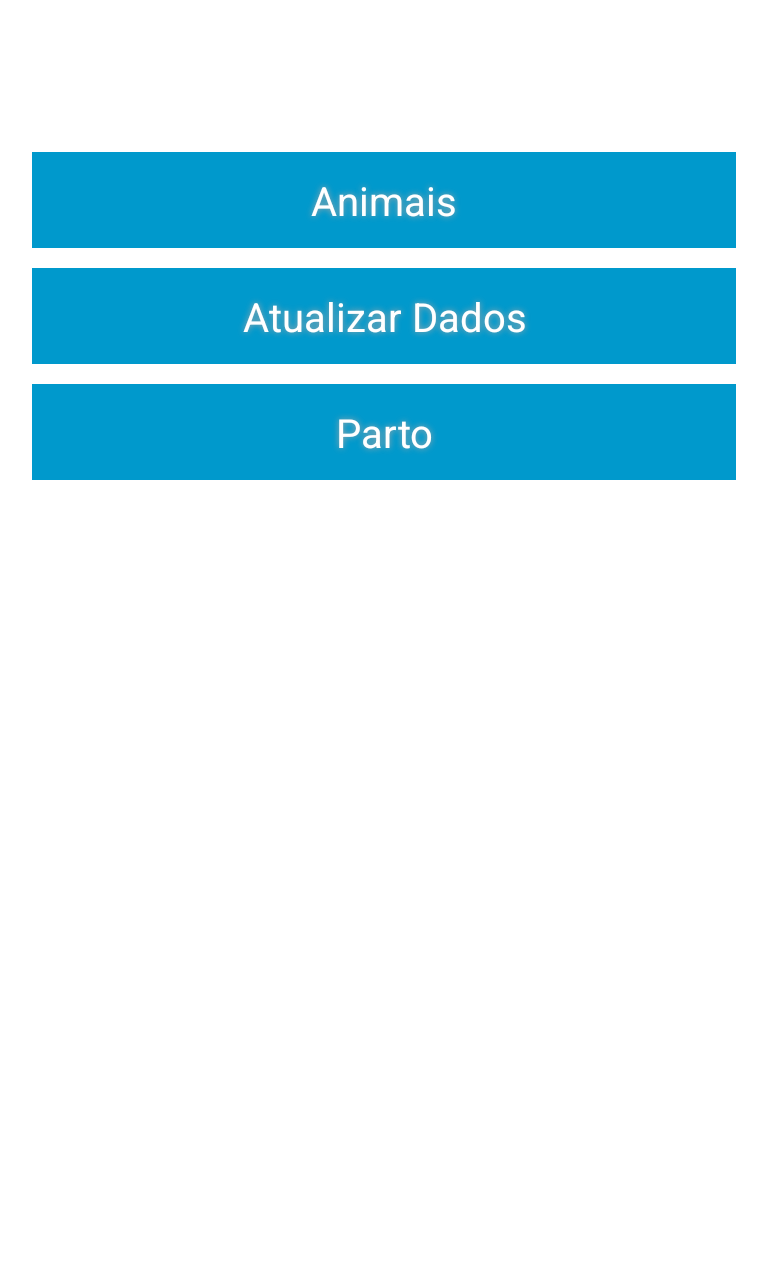
Repository: vpamaral/TaurusMobile
Layout: TaurusMobile/res/layout/activity_main.xml
The author's editor kept a copy of each file at every save. The layout is drawn from the files as they stood at one save, then again after the next save.
It is drawn on a 768 x 1280 px phone screen (xhdpi) without system bars, with theme AppTheme; the app's code is not run.

Above is the layout before, as saved 2015-05-15 16:24:33.

### TaurusMobile/res/layout/activity_main.xml
<LinearLayout xmlns:android="http://schemas.android.com/apk/res/android"
    xmlns:tools="http://schemas.android.com/tools"
    android:layout_width="match_parent"
    android:layout_height="match_parent"
    android:orientation="vertical"
    android:paddingBottom="@dimen/activity_vertical_margin"
    android:paddingLeft="@dimen/activity_horizontal_margin"
    android:paddingRight="@dimen/activity_horizontal_margin"
    android:paddingTop="@dimen/activity_vertical_margin"
    tools:context="br.com.taurusmobile.ui.MainActivity" >

    <LinearLayout
        android:id="@+id/linearLayout1"
        android:layout_width="fill_parent"
        android:layout_height="wrap_content" >

        <Button
            android:id="@+id/btn_animal"
            android:layout_width="match_parent"
            android:layout_height="wrap_content"
            android:layout_alignLeft="@+id/btn_atualiza"
            android:layout_below="@+id/btn_atualiza"
            android:layout_marginTop="60dp"
            android:background="@drawable/btn_selector"
            android:shadowColor="#A8A8A8"
            android:shadowDx="0"
            android:shadowDy="0"
            android:shadowRadius="5"
            android:text="Animais"
            android:textColor="#FFFFFF"
            android:textSize="20sp" />
    </LinearLayout>

    <LinearLayout
        android:id="@+id/linearLayout2"
        android:layout_width="fill_parent"
        android:layout_height="wrap_content" >

        <Button
            android:id="@+id/btn_atualiza"
            android:layout_width="match_parent"
            android:layout_height="wrap_content"
            android:layout_alignParentTop="true"
            android:layout_centerHorizontal="true"
            android:layout_marginTop="10dp"
            android:background="@drawable/btn_selector"
            android:shadowColor="#A8A8A8"
            android:shadowDx="0"
            android:shadowDy="0"
            android:shadowRadius="5"
            android:text="Atualizar Dados"
            android:textColor="#FFFFFF"
            android:textSize="20sp" />
    </LinearLayout>

    <LinearLayout
        android:id="@+id/linearLayout3"
        android:layout_width="fill_parent"
        android:layout_height="wrap_content" >

        <Button
            android:id="@+id/btn_parto"
            android:layout_width="match_parent"
            android:layout_height="wrap_content"
            android:layout_alignLeft="@+id/btn_animal"
            android:layout_below="@+id/btn_animal"
            android:layout_marginTop="10dp"
            android:background="@drawable/btn_selector"
            android:shadowColor="#A8A8A8"
            android:shadowDx="0"
            android:shadowDy="0"
            android:shadowRadius="5"
            android:text="Parto"
            android:textColor="#FFFFFF"
            android:textSize="20sp" />
    </LinearLayout>

</LinearLayout>

### TaurusMobile/res/drawable/btn_selector.xml
<?xml version="1.0" encoding="utf-8"?>
<selector xmlns:android="http://schemas.android.com/apk/res/android" android:shape="rectangle">
    <item android:drawable="@android:color/holo_blue_light" android:state_pressed="true"/>
     <item android:drawable="@android:color/holo_blue_dark"/>
</selector>

Loaded but not shown: TaurusMobile/res/values/styles.xml (common file); TaurusMobile/res/values-v11/styles.xml (common file); TaurusMobile/res/values-v14/styles.xml (common file); TaurusMobile/res/values/dimens.xml (common file); TaurusMobile/res/values-w820dp/dimens.xml (common file)

After the next save:
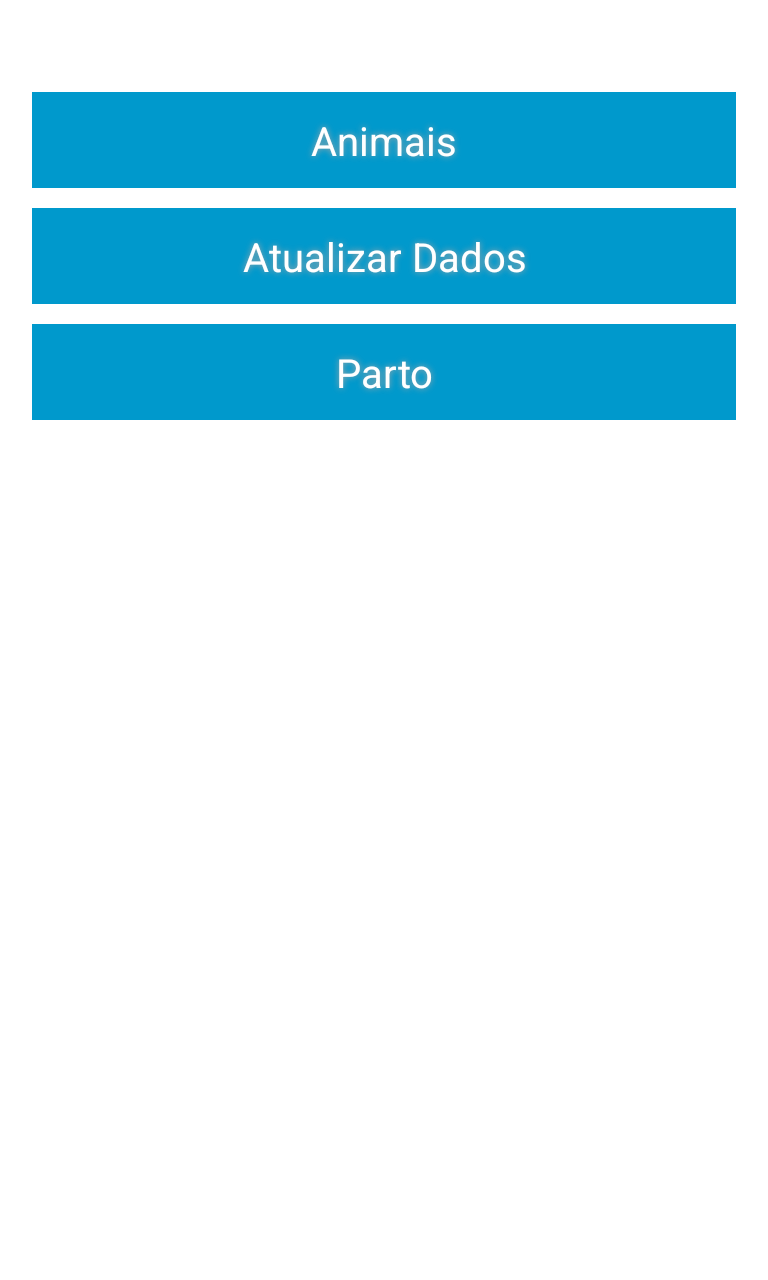
Saved 52 s later.
--- a/TaurusMobile/res/layout/activity_main.xml
+++ b/TaurusMobile/res/layout/activity_main.xml
@@ -20,7 +20,7 @@
             android:layout_height="wrap_content"
             android:layout_alignLeft="@+id/btn_atualiza"
             android:layout_below="@+id/btn_atualiza"
-            android:layout_marginTop="60dp"
+            android:layout_marginTop="30dp"
             android:background="@drawable/btn_selector"
             android:shadowColor="#A8A8A8"
             android:shadowDx="0"
